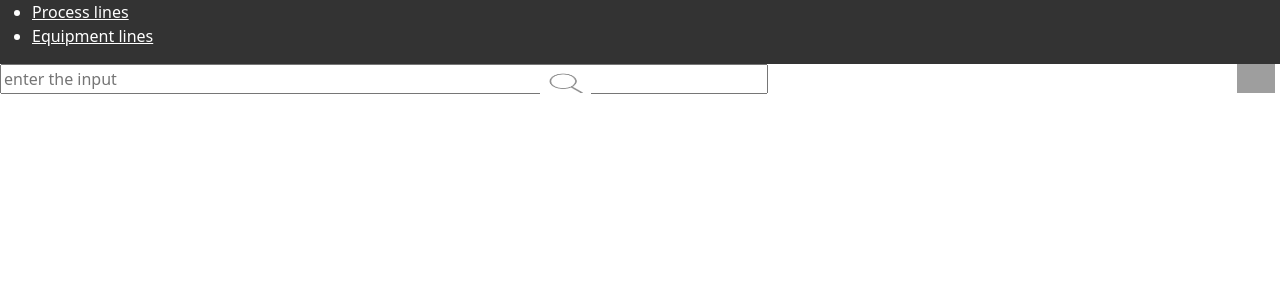
Repository: sreech465/evin3
Page: /pdetails
These files come from the project's save history. The page is drawn as it stood at one moment and after the next save; the edit follows.
The browser window is 1280 px wide. The pictures show the whole page.
Pictures or frames that could not be fetched are drawn as grey boxes. The page's requests for data from a server got no answer. The project was rebuilt for these pictures with package versions that can differ from the ones it lists, and the page was loaded fresh each time. No one was signed in, and anything a server would have sent is missing. Also part of the build but not shown: src/Login.js, src/Display.js, src/Details.js, src/Equipment.js, src/Learning.js, src/ProcessDetails.js, src/EquipDetails.js.

Above is the page before, as saved 2022-10-29 07:42:06.

### src/index.js
import React from "react";
import ReactDOM from "react-dom/client";
import "./index.css";
import App from "./App";
import reportWebVitals from "./reportWebVitals";
import { Provider } from "react-redux";
import store from "./store";
import "bootstrap/dist/css/bootstrap.min.css";
const root = ReactDOM.createRoot(document.getElementById("root"));
root.render(
  <React.StrictMode>
    <Provider store={store}>
      <App />
    </Provider>
  </React.StrictMode>
);

// If you want to start measuring performance in your app, pass a function
// to log results (for example: reportWebVitals(console.log))
// or send to an analytics endpoint. Learn more: https://bit.ly/CRA-vitals
reportWebVitals();

### src/App.js
import React from "react";
import { Routes, Route } from "react-router-dom";
import { BrowserRouter } from "react-router-dom";
import Login from "./Login";
import Display from "./Display";
import Details from "./Details";
import Process from "./Process";
import Equipment from "./Equipment";
import Learning from "./Learning";
import ProcessDetails from "./ProcessDetails";
import EquipDetails from "./EquipDetails";

const App = () => {
  return (
    <div className="App">
      <BrowserRouter>
        <Routes>
          <Route path="/" element={<Login />} />
          <Route path="/display" element={<Display />} />
          <Route path="/details" element={<Details />} />
          <Route path="/pdetails" element={<Process />} />
          <Route path="/elearning" element={<Learning />} />
          <Route path="/equipment" element={<Equipment />} />
          <Route path="/pdetails/:id" element={<ProcessDetails />} />
          <Route path="/equipment/:id" element={<EquipDetails />} />
        </Routes>
      </BrowserRouter>
    </div>
  );
};

export default App;

### src/store.js
import { applyMiddleware, createStore } from "redux";
import thunk from "redux-thunk";

import { singleReducer } from "./combineReducer";

const store = createStore(singleReducer, applyMiddleware(thunk));

export default store;

### src/Process.js
import React, { useState, useEffect } from "react";
import { useSelector, useDispatch } from "react-redux";
import { getProcesslines } from "./Actions";
import Headertabs from "./Headertabs";
import { Routes, Route } from "react-router-dom";
import { BrowserRouter } from "react-router-dom";
import Equipment from "./Equipment";
import { Link } from "react-router-dom";
import CustomSearchBar from "./CustomSearchBar";

const Process = () => {
  const dispatch = useDispatch();

  const access_token = useSelector(
    (state) => state.LoginReducer.auth.access_token
  );
  console.log(access_token);

  const ProcessData = useSelector((state) => state.ProcessReducer.Data101);
  console.log(ProcessData);

  useEffect(() => {
    dispatch(getProcesslines(access_token));
  }, []);

  const [tab, setTab] = useState("Process Line");
  const tabs = (data) => {
    setTab(data);
  };

  return (
    <>
      <Headertabs />
      {/* <div>
        <Routes>
          <Route path="/equipment" element={<Equipment />} />
        </Routes>
      </div> */}

      <CustomSearchBar data={tab === "Process Line" ? ProcessData : ""} />

      <>
        {ProcessData &&
          ProcessData.data.length > 0 &&
          ProcessData.data.map((element) => {
            return (
              <>
                <div class="card" style={{ display: "flex" }}>
                  <img
                    style={{ width: 70, height: 40 }}
                    class="card-img-top"
                    src={element.primary_product_details.primary_product_image}
                    alt="Card image cap"
                  />
                  <div class="card-body">
                    <h5 class="card-title">{element.name}</h5>
                    <p class="card-text">
                      {element.line_capacity} {element.org_location_name}.
                    </p>
                    <Link to={`/pdetails/${element.id}`}>
                      <button class="btn btn-primary">Details</button>
                    </Link>
                  </div>
                </div>
              </>
            );
          })}
      </>
      {/* ) : ( "loading" ); */}
    </>
  );
};

export default Process;

### src/combineReducer.js
import { combineReducers } from "redux";
import {
  equipmentReducer,
  equipmentReducer1,
  LoginReducer,
  processReducer,
  processReducer1,
  projectReducer,
} from "./Reducer";

export const singleReducer = combineReducers({
  LoginReducer: LoginReducer,
  ProjectReducer: projectReducer,
  ProcessReducer: processReducer,
  ProcessReducer1: processReducer1,
  EquipmentReducer: equipmentReducer,
  EquipmentReducer1: equipmentReducer1,
});

### src/Actions.js
import axios from "axios";

import {
  LOGIN_SUCESS,
  PROCESS_SUCESS,
  PROJECT_SUCESSC,
  EQUIPMENT_SUCESS,
  EQUIPMENT_SUCESSC,
  PROJECT_SUCESS,
} from "./types";

const apiBaseUrl = "http://52.139.224.15:81/account/";
const adminbaseurl = "http://52.139.224.15:81/";
const baseUrl = "http://52.139.224.15:81/account/login/";

export const loginAction = (username, password, navigate) => {
  console.log(username, password, "action");
  return async (dispatch) => {
    const formData = {
      username: username,
      password: password,
    };

    try {
      await axios.post(baseUrl, formData).then((response) => {
        console.log("response from api", response.data);
        if (response.status == 200) {
          dispatch({ type: LOGIN_SUCESS, payload: response.data });
          navigate("/display");
        }
      });
    } catch (err) {
      console.log(err);
    }
  };
};

export const getProjectDetails = (access_token) => {
  console.log(access_token);
  return async (dispatch) => {
    let config = {
      headers: { Authorization: `Bearer ${access_token}` },
    };

    try {
      await axios
        .get(
          "http://52.139.224.15:81/my_project_list/?search=&page=1&ordering=-id&project_status=&solution_org=",
          config
        )
        .then((response) => {
          console.log("response from api", response);
          if (response.status == 200) {
            dispatch({ type: PROCESS_SUCESS, payload: response });
          }
        });
    } catch (err) {
      console.log(err);
    }
  };
};

export const getProcesslines = (access_token) => {
  console.log(access_token);
  return async (dispatch) => {
    let config = {
      headers: { Authorization: `Bearer ${access_token}` },
    };

    try {
      await axios
        .get(
          "http://52.139.224.15:81/end_user/process_line/?primary_product=all&org_location=&query=&page=1&sort_by=-id&installed_by=",
          config
        )
        .then((response) => {
          console.log("response from api", response);
          if (response.status == 200) {
            dispatch({ type: PROJECT_SUCESS, payload: response });
          }
        });
    } catch (err) {
      console.log(err);
    }
  };
};

export const getProcesslines1 = (access_token, id) => {
  console.log(access_token);
  console.log(id);

  return async (dispatch) => {
    let config = {
      headers: { Authorization: `Bearer ${access_token}` },
    };

    try {
      await axios
        .get(
          `http://52.139.224.15:81/end_user/process_line/?line_id=${id}`,
          config
        )
        .then((response) => {
          console.log("response from api", response);
          if (response.status == 200) {
            dispatch({ type: PROJECT_SUCESSC, payload: response });
          }
        });
    } catch (err) {
      console.log(err);
    }
  };
};

export const getEquipmentDetails = (access_token) => {
  console.log(access_token);
  return async (dispatch) => {
    let config = {
      headers: { Authorization: `Bearer ${access_token}` },
    };

    try {
      await axios
        .get(
          "http://52.139.224.15:81/tagged_equipment_list/?search=&page=1&ordering=-status&process_line__org_location__name=&process_line__name=&system=&oem_org_id=&process_line__primary_product_ref__name=&equipment_select=&process_line__installed_by=",
          config
        )
        .then((response) => {
          console.log("response from api", response);
          if (response.status == 200) {
            dispatch({ type: EQUIPMENT_SUCESS, payload: response });
          }
        });
    } catch (err) {
      console.log(err);
    }
  };
};

export const getEquipmentDetails1 = (access_token, id) => {
  console.log(access_token);
  console.log(id);
  return async (dispatch) => {
    let config = {
      headers: { Authorization: `Bearer ${access_token}` },
    };

    try {
      await axios
        .get(
          `http://52.139.224.15:81/tagged_equipment_list/?installed_equipment_id=${id}`,
          config
        )
        .then((response) => {
          console.log("response from api", response);
          if (response.status == 200) {
            dispatch({ type: EQUIPMENT_SUCESSC, payload: response });
          }
        });
    } catch (err) {
      console.log(err);
    }
  };
};

### src/Headertabs.js
import React from "react";
import "./styles.css";
import { Link } from "react-router-dom";

const Headertabs = () => {
  return (
    <nav className="nav">
      <ul>
        <li>
          <Link to="/pdetails">Process lines</Link>
        </li>
        <li>
          <Link to="/equipment">Equipment lines</Link>
        </li>
      </ul>
    </nav>
  );
};

export default Headertabs;

### src/CustomSearchBar.js
import React, { useEffect, useState } from "react";

const CustomSearchBar = (props) => {
  const [array, setArray] = useState([]);
  const [input, setInput] = useState("");
  const [suggestions, setSuggestions] = useState([]);
  useEffect(() => {
    setArray(props.data);
  }, [props.data]);
  const handleSearch = (name) => {
    // console.log(props.tab)
    setInput(name);
  };

  return (
    <>
      <div style={{ display: "flex" }}>
        <input
          style={{ width: "60%" }}
          type="text"
          onChange={(name) => {
            handleSearch(name);
          }}
          placeholder="enter the input"
          color="black"
        />

        <div>
          <img
            src="http://52.139.224.15:9090/assets/svg-icon/ic_filter.svg"
            style={{ width: "3%", position: "absolute", right: 5 }}
          />
        </div>

        <div>
          <img
            src="data:[embedded picture, 1318 characters]"
            style={{
              width: "4%",
              height: "4%",
              position: "absolute",
              left: 540,
              marginTop: 5,
            }}
          />
        </div>
      </div>
    </>
  );
};

export default CustomSearchBar;

### src/Reducer.js
import {
  EQUIPMENT_SUCESS,
  EQUIPMENT_SUCESSC,
  LOGIN_SUCESS,
  PROCESS_SUCESS,
  PROJECT_SUCESS,
  PROJECT_SUCESSC,
} from "./types";
const initialState = {
  auth: {
    access_token: "",
    username: "",
    role_permissions: [],
  },
  Data100: "",
};

export const LoginReducer = (state = initialState, action) => {
  // console.log(action);

  switch (action.type) {
    case LOGIN_SUCESS:
      return {
        ...state,

        auth: action.payload,
      };

    default:
      return state;
  }
};

export const projectReducer = (state = initialState, action) => {
  // console.log(action);

  switch (action.type) {
    case PROCESS_SUCESS:
      return {
        ...state,

        Data100: action.payload,
      };

    default:
      return state;
  }
};

export const processReducer = (state = initialState, action) => {
  // console.log(action);

  switch (action.type) {
    case PROJECT_SUCESS:
      return {
        ...state,

        Data101: action.payload,
      };

    default:
      return state;
  }
};

export const processReducer1 = (state = initialState, action) => {
  // console.log(action);

  switch (action.type) {
    case PROJECT_SUCESSC:
      return {
        ...state,

        TOM: action.payload,
      };

    default:
      return state;
  }
};

export const equipmentReducer = (state = initialState, action) => {
  // console.log(action);

  switch (action.type) {
    case EQUIPMENT_SUCESS:
      return {
        ...state,

        Data102: action.payload,
      };

    default:
      return state;
  }
};

export const equipmentReducer1 = (state = initialState, action) => {
  // console.log(action);

  switch (action.type) {
    case EQUIPMENT_SUCESSC:
      return {
        ...state,

        JERRY: action.payload,
      };

    default:
      return state;
  }
};

### src/types.js
export const LOGIN_SUCESS = "LOGIN_SUCESS";
export const PROCESS_SUCESS = "PROCESS_SUCESS";
export const PROJECT_SUCESS = "PROJECT_SUCESS";
export const EQUIPMENT_SUCESS = "EQUIPMENT_SUCESS";
export const EQUIPMENT_SUCESSC = "EQUIPMENT_SUCESSC";
export const PROJECT_SUCESSC = "PROJECT_SUCESSC";

### src/styles.css
* {
    box-sizing: border-box;
}

body {
    margin:0;

}

.nav {
    background-color: #333;
    color:white;
    display: flex;
    justify-content: space-between;
    align-items: center;
    gap: 2rem;
    padding: 0 1rem;
}

.nav a {
    color:inherit
}

Loaded but not shown: public/index.html (common file); src/index.css (common file); src/reportWebVitals.js (common file)

After the next save:
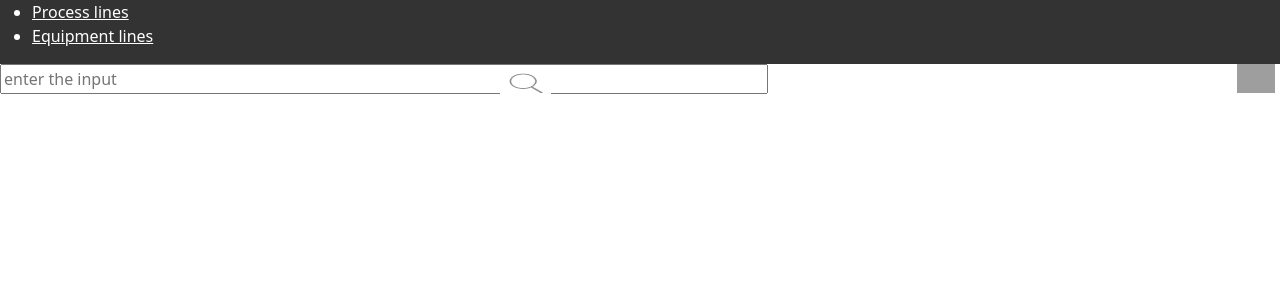
Saved 8 s later.
--- a/src/CustomSearchBar.js
+++ b/src/CustomSearchBar.js
@@ -39,7 +39,7 @@ const CustomSearchBar = (props) => {
               width: "4%",
               height: "4%",
               position: "absolute",
-              left: 540,
+              left: 500,
               marginTop: 5,
             }}
           />
